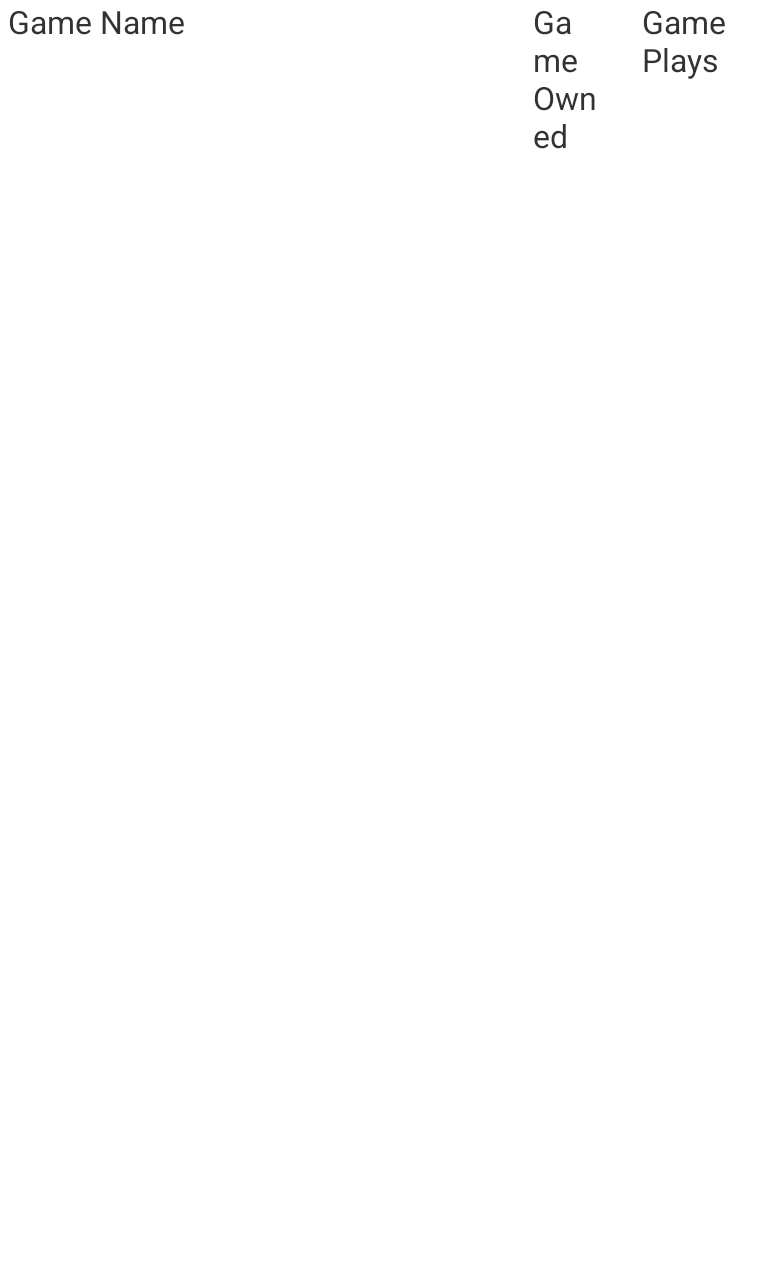
Repository: stewartwinter/bggpersonal
Layout: BGGPersonal/res/layout/collection_item_game.xml
An editor plug-in stored every save of this project. The layout is shown before and after the next save, followed by the edit.
It is drawn on a 768 x 1280 px phone screen (xhdpi) without system bars, with theme AppTheme; the app's code is not run.

Above is the layout before, as saved 2014-03-15 17:23:34.

### BGGPersonal/res/layout/collection_item_game.xml
<?xml version="1.0" encoding="utf-8"?>
<LinearLayout xmlns:android="http://schemas.android.com/apk/res/android"
    android:layout_width="fill_parent"
    android:layout_height="wrap_content"
    >

        <RelativeLayout
            android:layout_width="wrap_content"
            android:layout_height="wrap_content"
            android:layout_weight="10">
			<TextView
			    	android:id="@+id/collection_item_game_name"
			    	android:layout_width="wrap_content"
			    	android:layout_height="wrap_content"
			    	android:paddingLeft="4dp"
			    	android:paddingRight="10dp"
			    	android:text="Game Name"
			    	android:textSize="16sp"
			    	android:width="400dp"
			    />
		</RelativeLayout>

                <RelativeLayout
            android:layout_width="wrap_content"
            android:layout_height="wrap_content"
            android:layout_weight="2">
<TextView
    	android:id="@+id/collection_item_game_owned"
    	android:layout_width="wrap_content"
    	android:layout_height="wrap_content"
    	android:paddingLeft="10dp"
    	android:paddingRight="10dp"
    	android:text="Game Owned"
    	android:textSize="16sp"
    	android:layout_weight="2"
    	android:width="80dp"
    />
		</RelativeLayout>

                <RelativeLayout
            android:layout_width="wrap_content"
            android:layout_height="wrap_content"
            android:layout_weight="2">
<TextView
    	android:id="@+id/collection_item_game_plays"
    	android:layout_width="wrap_content"
    	android:layout_height="wrap_content"
    	android:paddingLeft="10dp"
    	android:paddingRight="4dp"
    	android:text="Game Plays"
    	android:textSize="16sp"
    	android:layout_weight="2"
    />
</RelativeLayout>
</LinearLayout>

Loaded but not shown: BGGPersonal/res/values/styles.xml (common file); BGGPersonal/res/values-v11/styles.xml (common file); BGGPersonal/res/values-v14/styles.xml (common file)

After the next save:
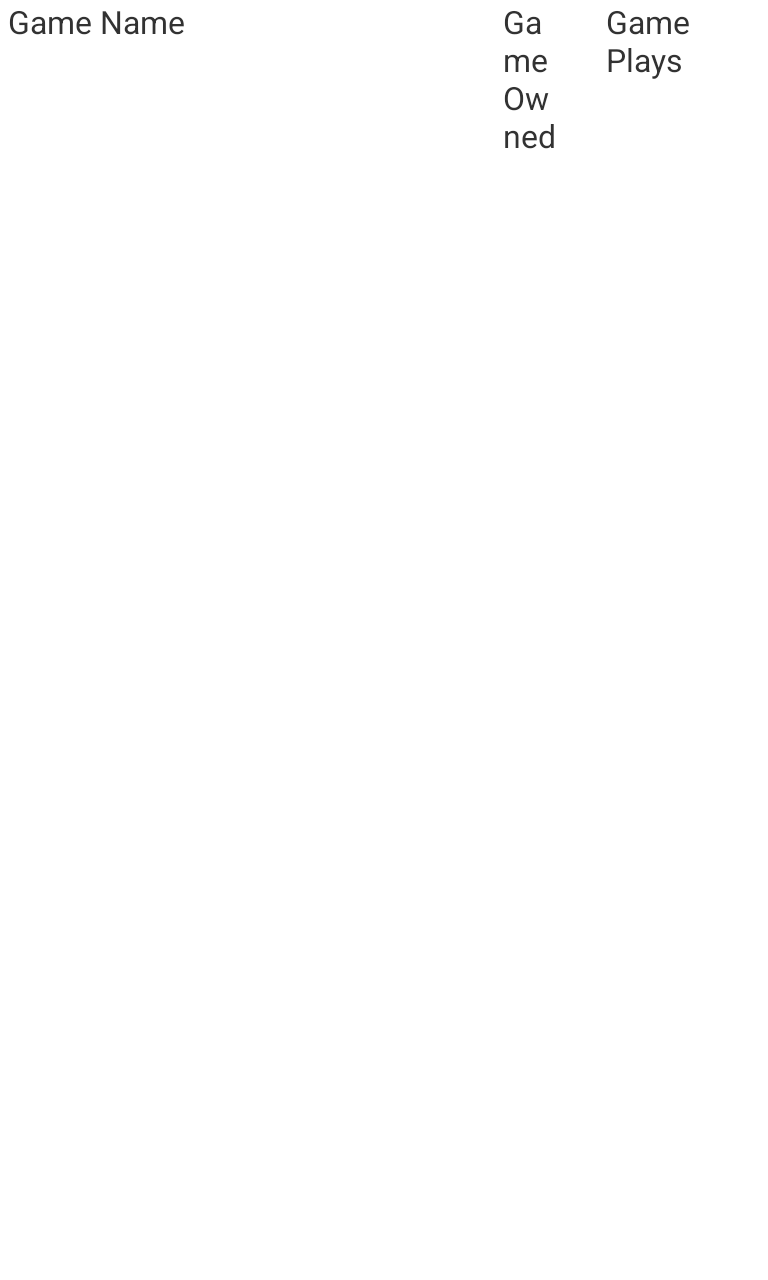
Saved 48 s later.
--- a/BGGPersonal/res/layout/collection_item_game.xml
+++ b/BGGPersonal/res/layout/collection_item_game.xml
@@ -50,6 +50,8 @@
     	android:text="Game Plays"
     	android:textSize="16sp"
     	android:layout_weight="2"
+    	android:width="120dp"
+
     />
 </RelativeLayout>
 </LinearLayout>
